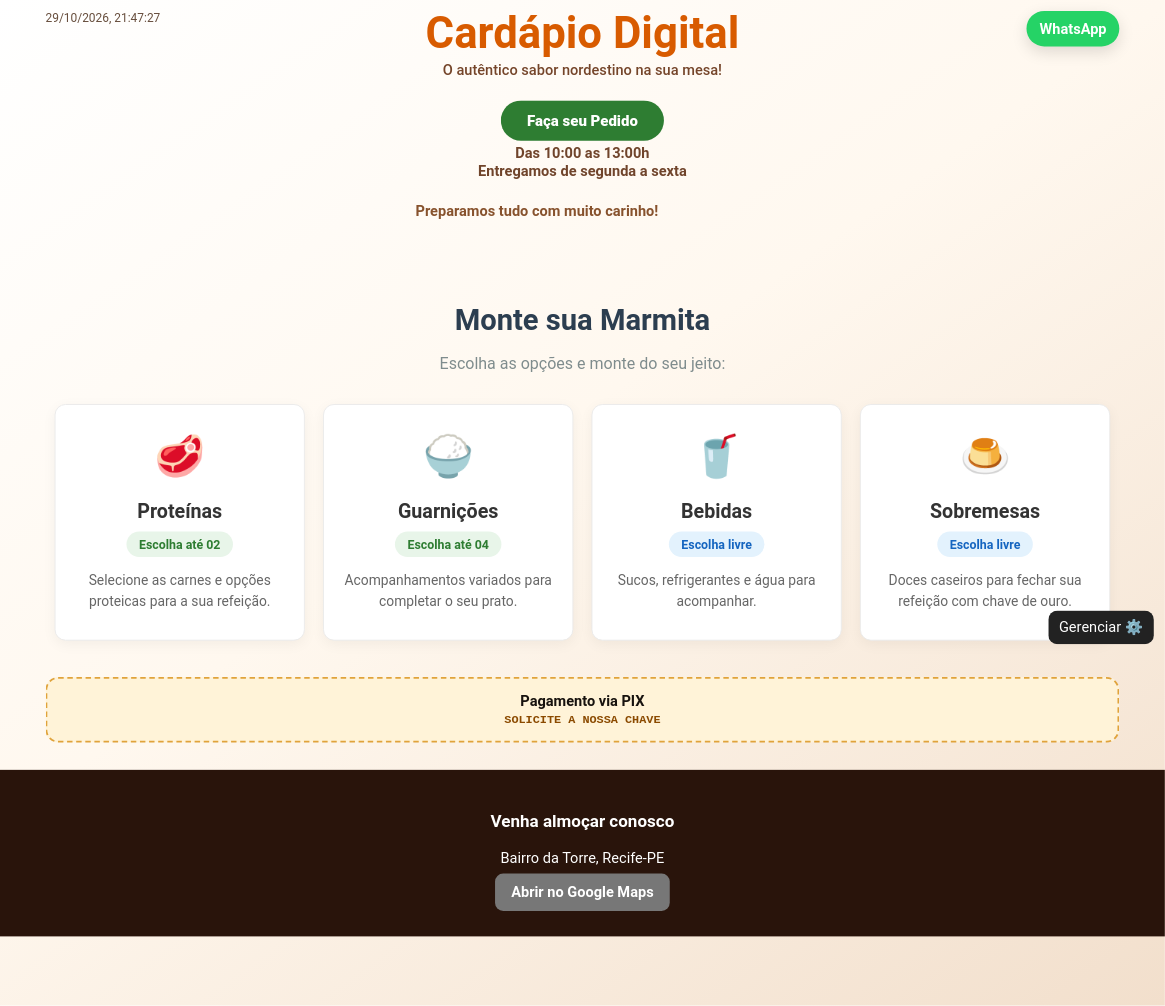
Repository: JeffRodFer/sd-copy-01-frontend
Page: index.html
The author's editor kept a copy of each file at every save. The page is drawn from the files as they stood at one save, then again after the next save.
The browser window is 1280 px wide. The pictures show the whole page, at 91% of full size.
The page's requests for data from a server got no answer.

Above is the page before, as saved 2026-10-30 11:20:59.

### index.html
<!DOCTYPE html>
<html lang="pt-BR">

<head>
  <meta charset="UTF-8">
  <meta name="viewport" content="width=device-width, initial-scale=1.0">
  <title>Cardápio Digital</title>
  <link rel="stylesheet" href="style.css">
</head>

<body>


  <header class="container">

    <div class="topbar">

      <div id="datetime" class="datetime"></div>


      <div class="brand">

        <h1>
          Cardápio Digital
        </h1>

        <p>
          O autêntico sabor nordestino na sua mesa!
        </p>

      </div>


      <a id="wa-float-link" class="wa-float" href="https://wa.me/5581920036280" target="_blank" rel="noopener">
        WhatsApp
      </a>

    </div>


    <button class="cta" id="openOrder">
      Faça seu Pedido
    </button>


    <div class="notice">
      Das 10:00 as 13:00h <br>
      Entregamos de segunda a sexta
    </div>

  </header>


  <main class="container" id="menu"></main>


  <div class="container note">
    Preparamos tudo com muito carinho!
  </div>

  <section class="menu-categories-section">
  <h2>Monte sua Marmita</h2>
  <p class="subtitle">Escolha as opções e monte do seu jeito:</p>

  <div class="categories-grid">
    <!-- Card Proteínas -->
    <div class="category-card">
      <div class="category-icon">🥩</div>
      <h3>Proteínas</h3>
      <span class="badge-limit">Escolha até 02</span>
      <p>Selecione as carnes e opções proteicas para a sua refeição.</p>
    </div>

    <!-- Card Guarnições -->
    <div class="category-card">
      <div class="category-icon">🍚</div>
      <h3>Guarnições</h3>
      <span class="badge-limit">Escolha até 04</span>
      <p>Acompanhamentos variados para completar o seu prato.</p>
    </div>

    <!-- Card Bebidas -->
    <div class="category-card">
      <div class="category-icon">🥤</div>
      <h3>Bebidas</h3>
      <span class="badge-limit livre">Escolha livre</span>
      <p>Sucos, refrigerantes e água para acompanhar.</p>
    </div>

    <!-- Card Sobremesas -->
    <div class="category-card">
      <div class="category-icon">🍮</div>
      <h3>Sobremesas</h3>
      <span class="badge-limit livre">Escolha livre</span>
      <p>Doces caseiros para fechar sua refeição com chave de ouro.</p>
    </div>
  </div>
</section>


  <div class="container pix">

    <strong>
      Pagamento via PIX
    </strong>

    <br>


    <code>
    SOLICITE A NOSSA CHAVE
  </code>

  </div>


  <footer class="footer">

    <div class="container">

      <h3>
        Venha almoçar conosco
      </h3>

      <div>
        Bairro da Torre, Recife-PE
      </div>


      <a class="maps" href="https://maps.google.com/?q=Rua+Vermelha+02+Torre" target="_blank" rel="noopener">
        Abrir no Google Maps
      </a>


    </div>

  </footer>


  <button class="manage" id="openAdmin">
    Gerenciar ⚙️
  </button>
  <br>
  <br>
  <br>
  <br>

  <!-- =====================================================
     MODAL DO PEDIDO
     ===================================================== -->

  <div class="overlay hidden" id="orderOverlay">

    <div class="modal">


      <!-- PASSO 1 -->

      <div id="orderStep1" class="step active">

        <h2>
          Faça seu Pedido
        </h2>


        <div id="orderError1" class="error hidden"></div>


        <div class="form-grid">


          <div class="field">

            <label>
              Nome Completo
            </label>

            <input id="customerName" autocomplete="name">

          </div>


          <div class="field">

            <label>
              Telefone
            </label>

            <input id="customerPhone" inputmode="tel" autocomplete="tel" maxlength="15" placeholder="(81) 99999-8888">

          </div>


          <div class="field full">

            <label>
              Endereço de Entrega
            </label>

            <input id="customerAddress" autocomplete="street-address">

          </div>


          <div class="field">

            <label>
              Quantidade de Marmitas
            </label>

            <input id="mealCount" type="number" min="1" max="20" value="1">

          </div>


        </div>


        <div class="delivery">

          <label>

            <input type="radio" name="delivery" value="true" checked>

            Entrega em casa - R$ 5,00

          </label>


          <label>

            <input type="radio" name="delivery" value="false">

            Retirar no Restaurante - R$ 0,00

          </label>

        </div>


        <div class="actions">

          <button class="btn gray" id="closeOrder1">
            Cancelar
          </button>


          <button class="btn green" id="toStep2">
            Continuar
          </button>

        </div>

      </div>


      <!-- PASSO 2 -->

      <div id="orderStep2" class="step">

        <h2>
          Monte suas Marmitas
        </h2>


        <div id="orderError2" class="error hidden"></div>


        <div id="marmitas"></div>


        <div class="actions">

          <button type="button" class="btn gray" id="backStep1">
            Voltar
          </button>


          <button type="button" class="btn green" id="toStep3" onclick="clicarEncerrarPedido(event)">
            Encerrar e seguir
          </button>

        </div>

      </div>


      <!-- PASSO 3 -->
      <div id="orderStep3" class="step">

        <h2>Resumo do Pedido</h2>

        <div id="orderSummary" class="order-text"></div>

        <div id="finalTotal" class="total"></div>

        <div class="actions">
          <button class="btn red" id="cancelFinal">
            Voltar
          </button>

          <button class="btn green" id="sendRestaurant">
            Enviar Pedido ao Restaurante
          </button>
        </div>

      </div>

    </div>

  </div>


  <!-- =====================================================
     MODAL ADMINISTRATIVO
     ===================================================== -->

  <div class="overlay hidden" id="adminOverlay">

    <div class="admin-modal">

      <h2>
        Gerenciar Cardápio
      </h2>


      <div id="adminError" class="error hidden"></div>


      <!-- LOGIN -->

      <div id="adminLogin">

        <div class="field">

          <label>
            Usuário
          </label>

          <input id="adminUser" autocomplete="username" value="admin">

        </div>


        <div class="field" style="margin-top:10px">

          <label>
            Senha
          </label>

          <input id="adminPassword" type="password" autocomplete="current-password">

        </div>


        <div class="actions">

          <button class="btn gray" id="closeAdminLogin">
            Fechar
          </button>


          <button class="btn green" id="adminLoginBtn">
            Entrar
          </button>

        </div>

      </div>


      <!-- PAINEL -->

      <div id="adminPanel" class="hidden">

        <div id="adminItems" class="admin-grid"></div>


        <div class="actions">

          <button class="btn gray" id="adminClose">
            Fechar
          </button>


          <button class="btn green" id="adminSave">
            Salvar alterações
          </button>

        </div>

      </div>

    </div>

  </div>


  <script src="script.js"></script>
</body>

</html>

### style.css
:root {
      --orange: #f57c00;
      --brown: #6d3414;
      --green: #2e7d32;
      --red: #d32f2f;
      --blue: #1976d2;
      --purple: #7b1fa2;
      --cream: #fffaf5;
      --line: #eadfd6;
      --muted: #666;
    }

    * {
      box-sizing: border-box;
    }

    html {
      scroll-behavior: smooth;
    }

    body {
      margin: 0;
      background:
        linear-gradient(145deg,
          #fff 0%,
          #fff8ef 45%,
          #f2dfcc 100%);
      color: #17120e;
      font-family: Roboto, Arial, sans-serif;
      min-height: 100vh;
    }

    button,
    input,
    textarea {
      font: inherit;
    }

    button {
      cursor: pointer;
      border: 0;
    }

    .container {
      width: min(1180px, 94%);
      margin: auto;
    }


    /* HEADER */

    .topbar {
      display: grid;
      grid-template-columns: 1fr auto 1fr;
      align-items: start;
      padding: 12px 0;
      gap: 10px;
    }

    .datetime {
      font-size: .82rem;
      color: #674e3d;
    }

    .brand {
      text-align: center;
    }

    .brand h1 {
      margin: 0;
      color: #d85b00;
      font-size: clamp(1.8rem, 5vw, 3rem);
      line-height: 1.05;
    }

    .brand p {
      margin: 5px 0;
      color: #75452a;
      font-weight: 500;
    }

    .wa-float {
      justify-self: end;
      background: #25d366;
      color: #fff;
      padding: 10px 14px;
      border-radius: 999px;
      text-decoration: none;
      font-weight: 700;
      box-shadow: 0 6px 18px #0002;
    }

    .cta {
      display: block;
      margin: 8px auto 5px;
      background: var(--green);
      color: #fff;
      border-radius: 999px;
      padding: 12px 28px;
      font-weight: 800;
      font-size: 1rem;
      animation: pulse 2s infinite;
    }

    .notice {
      text-align: center;
      color: #70442b;
      font-weight: 700;
      margin-bottom: 18px;
    }

    @keyframes pulse {

      0%,
      100% {
        transform: scale(1);
      }

      50% {
        transform: scale(1.03);
      }
    }


    /* CARDÁPIO */

    .section {
      margin: 20px 0;
    }

    .section h2 {
      margin: 0 0 12px;
      color: var(--brown);
    }

    .grid {
      display: grid;
      grid-template-columns:
        repeat(auto-fit,
          minmax(180px, 1fr));
      gap: 10px;
    }

    .card {
      background: #fff;
      border: 1px solid var(--line);
      border-radius: 14px;
      padding: 14px;
      box-shadow:
        0 3px 12px #5a2a0d12;
    }

    .card strong {
      display: block;
    }

    .unavailable {
      opacity: .52;
    }

    .badge {
      display: inline-block;
      margin-top: 7px;
      font-size: .78rem;
      background: #eee;
      padding: 4px 8px;
      border-radius: 999px;
    }

    .accent-guarnicoes {
      border-top: 5px solid #8b5a2b;
    }

    .accent-proteinas {
      border-top: 5px solid #d32f2f;
    }

    .accent-bebidas {
      border-top: 5px solid #1976d2;
    }

    .accent-sobremesas {
      border-top: 5px solid #7b1fa2;
    }

    .note {
      text-align: center;
      font-weight: 700;
      color: #87522d;
      margin: 25px 0;
    }

    .pix {
      background: #fff3d8;
      border: 2px dashed #e0a33b;
      border-radius: 14px;
      padding: 15px;
      text-align: center;
    }

    .pix code {
      font-weight: 800;
      color: #8b4a00;
      word-break: break-all;
    }


    /* FOOTER */

    .footer {
      margin-top: 30px;
      background: #29140b;
      color: #fff;
      padding: 28px 0;
      text-align: center;
    }

    .maps {
      display: inline-block;
      background: #777;
      color: #fff;
      padding: 11px 18px;
      border-radius: 9px;
      text-decoration: none;
      font-weight: 700;
      margin-top: 8px;
    }

    .manage {
      position: fixed;
      right: 12px;
      bottom: 12px;
      background: #222;
      color: #fff;
      padding: 9px 12px;
      border-radius: 10px;
      z-index: 20;
    }


    /* MODAIS */

    .overlay {
      position: fixed;
      inset: 0;
      background: #0009;
      display: flex;
      align-items: center;
      justify-content: center;
      padding: 12px;
      z-index: 100;
    }

    .hidden {
      display: none !important;
    }

    .modal {
      background: #fff;
      width: min(1050px, 100%);
      max-height: 94vh;
      overflow: auto;
      border-radius: 18px;
      box-shadow: 0 20px 70px #0007;
      padding: 22px;
    }

    .modal h2 {
      color: var(--brown);
      margin: 0 0 18px;
    }

    .step {
      display: none;
    }

    /* =====================================================
ESTILOS DA SEÇÃO DE CATEGORIAS (PÁGINA PRINCIPAL)
===================================================== */
.menu-categories-section {
  padding: 40px 20px;
  text-align: center;
  max-width: 1200px;
  margin: 0 auto;
}

.menu-categories-section h2 {
  font-size: 2rem;
  color: #2c3e50;
  margin-bottom: 8px;
  font-weight: 700;
}

.menu-categories-section .subtitle {
  color: #7f8c8d;
  margin-bottom: 35px;
  font-size: 1.1rem;
}

.categories-grid {
  display: grid;
  grid-template-columns: repeat(auto-fit, minmax(250px, 1fr));
  gap: 20px;
  justify-content: center;
}

.category-card {
  background: #ffffff;
  border-radius: 12px;
  padding: 30px 20px;
  box-shadow: 0 4px 15px rgba(0, 0, 0, 0.05);
  transition: transform 0.3s ease, box-shadow 0.3s ease;
  border: 1px solid #eaeaea;
  text-align: center;
}

.category-card:hover {
  transform: translateY(-5px);
  box-shadow: 0 8px 25px rgba(233, 83, 46, 0.1);
  border-color: 2px #d85b00;
}

.category-icon {
  font-size: 2.8rem;
  margin-bottom: 15px;
}

.category-card h3 {
  font-size: 1.35rem;
  color: #333333;
  margin-bottom: 10px;
}

.badge-limit {
  display: inline-block;
  background-color: #e8f5e9;
  color: #2e7d32;
  font-weight: 600;
  font-size: 0.85rem;
  padding: 6px 14px;
  border-radius: 20px;
  margin-bottom: 15px;
}

.badge-limit.livre {
  background-color: #e3f2fd;
  color: #1565c0;
}

.category-card p {
  color: #666666;
  font-size: 0.95rem;
  line-height: 1.5;
  margin: 0;
  border-radius: 2px #8b4a00;
}

    .step.active {
      display: block;
    }


    /* FORMULÁRIO */

    .form-grid {
      display: grid;
      grid-template-columns: 1fr;
      gap: 12px;
    }

    .field label {
      display: block;
      font-weight: 700;
      margin-bottom: 5px;
    }

    .field input,
    .field textarea,
    .field select {
      width: 100%;
      padding: 11px;
      border: 1px solid #cfcfcf;
      border-radius: 10px;
      background: #fff;
    }

    .field textarea {
      min-height: 75px;
      resize: vertical;
    }

    .delivery {
      display: grid;
      gap: 9px;
      margin: 12px 0;
    }

    .delivery label {
      border: 1px solid #ddd;
      border-radius: 10px;
      padding: 12px;
    }


    /* MARMITAS */

    .marmita {
      border: 1px solid #ddd;
      border-radius: 15px;
      padding: 14px;
      margin: 14px 0;
      background: #fff;
    }

    .marmita h3 {
      margin: 0 0 12px;
      color: #7b401f;
    }

    .choice-group {
      margin: 13px 0;
    }

    .choice-group h4 {
      margin: 0 0 8px;
    }

    .choices {
      display: grid;
      grid-template-columns:
        repeat(auto-fit,
          minmax(190px, 1fr));
      gap: 8px;
    }

    .check {
      border: 1px solid #ddd;
      border-radius: 10px;
      padding: 9px;
      background: #fafafa;
    }

    .check input {
      margin-right: 6px;
    }

    .limit {
      font-size: .8rem;
      color: var(--muted);
      margin: 5px 0;
    }


    /*
  IMPORTANTE:
  A linha de quantidade agora é uma GRID
  com nome + preço + menos + quantidade + mais.
  Assim o + nunca cai para a linha de baixo.
*/

    .qty-list {
      display: grid;
      gap: 7px;
    }

    .qty-row {
      display: grid;

      grid-template-columns:
        minmax(0, 1fr) auto auto auto auto;

      align-items: center;

      gap: 8px;

      border: 1px solid #eee;
      border-radius: 11px;
      padding: 8px;

      background: #faf8f6;
    }

    .qty-name {
      min-width: 0;
      font-weight: 700;
      overflow-wrap: anywhere;
    }

    .qty-price {
      font-size: .9rem;
      color: #555;
      white-space: nowrap;
    }

    .qty-btn {
      width: 36px;
      height: 36px;
      border-radius: 9px;
      background: #eee;
      font-weight: 900;
      font-size: 1.1rem;
    }

    .qty-value {
      min-width: 22px;
      text-align: center;
      font-weight: 800;
    }


    /* BOTÕES */

    .actions {
      display: flex;
      gap: 10px;
      justify-content: flex-end;
      flex-wrap: wrap;
      margin-top: 18px;
    }

    .btn {
      padding: 12px 18px;
      border-radius: 10px;
      font-weight: 800;
    }

    .btn.green {
      background: #2e7d32;
      color: #fff;
    }

    .btn.red {
      background: #e57373;
      color: #fff;
    }

    .btn.gray {
      background: #eee;
    }

    .total {
      font-size: 1.2rem;
      text-align: right;
      color: #18752b;
      font-weight: 900;
      margin-top: 14px;
    }

    .error {
      background: #ffe5e5;
      color: #9b1c1c;
      padding: 10px;
      border-radius: 9px;
      margin: 10px 0;
    }

    .order-text {
      background: #f5f5f5;
      padding: 14px;
      border-radius: 12px;
      white-space: pre-wrap;
      font-family: monospace;
      line-height: 1.45;
    }


    /* ADMIN */

    .admin-modal {
      background: #f5f5f5;
      width: min(1100px, 100%);
      max-height: 92vh;
      overflow: auto;
      border-radius: 18px;
      padding: 20px;
    }

    .admin-grid {
      display: grid;
      grid-template-columns: 1fr;
      gap: 16px;
    }

    .admin-section {
      background: #fff;
      padding: 14px;
      border-radius: 14px;
    }

    .admin-item {
      display: flex;
      align-items: center;
      justify-content: space-between;
      gap: 10px;
      padding: 9px 0;
      border-bottom: 1px solid #eee;
    }

    .admin-item:last-child {
      border-bottom: 0;
    }

    .switch {
      position: relative;
      width: 50px;
      height: 28px;
      flex: 0 0 auto;
    }

    .switch input {
      display: none;
    }

    .slider {
      position: absolute;
      inset: 0;
      background: #bbb;
      border-radius: 30px;
    }

    .slider:before {
      content: "";
      position: absolute;
      width: 22px;
      height: 22px;
      left: 3px;
      top: 3px;
      background: #fff;
      border-radius: 50%;
      transition: .2s;
    }

    .switch input:checked+.slider {
      background: #2e7d32;
    }

    .switch input:checked+.slider:before {
      transform: translateX(22px);
    }


    /* RESPONSIVO */

    @media(min-width:700px) {

      .form-grid {
        grid-template-columns:
          1fr 1fr;
      }

      .form-grid .full {
        grid-column: 1/-1;
      }

      .admin-grid {
        grid-template-columns:
          1fr 1fr;
      }

    }


    @media(max-width:600px) {

      .topbar {
        grid-template-columns:
          1fr auto;
      }

      .brand {
        grid-column: 1/-1;
        grid-row: 1;
      }

      .datetime {
        grid-column: 1;
      }

      .wa-float {
        grid-column: 2;
      }

      /*
    Mantém TODOS os controles da bebida
    na mesma linha.
  */

      .qty-row {
        grid-template-columns:
          minmax(0, 1fr) auto auto auto auto;
      }

      .qty-price {
        font-size: .8rem;
      }

      .modal {
        padding: 15px;
      }

      .actions .btn {
        flex: 1 1 100%;
      }

    }

Loaded but not shown: script.js (1589 lines, source omitted)

After the next save:
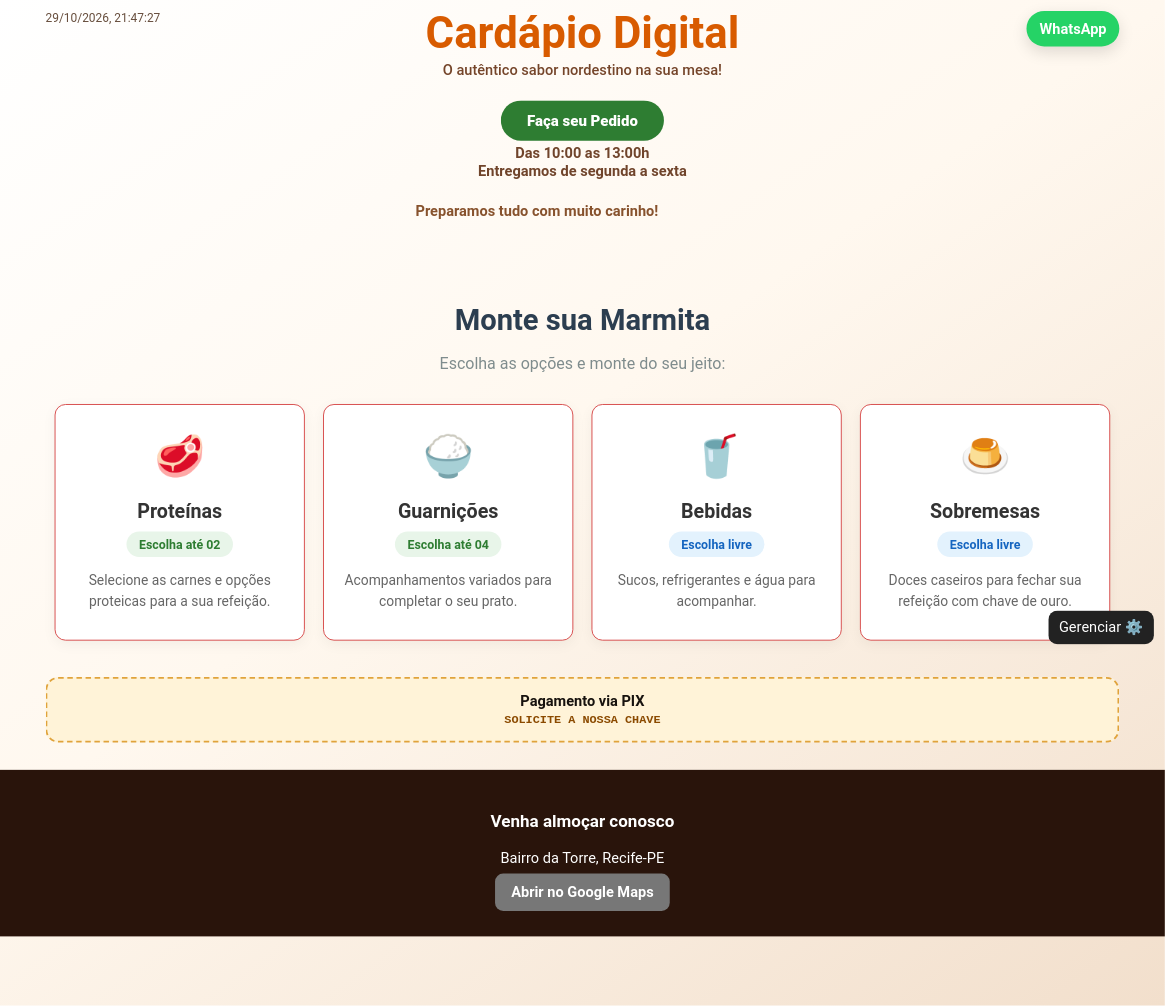
Saved 111 s later.
--- a/style.css
+++ b/style.css
@@ -310,7 +310,7 @@ ESTILOS DA SEÇÃO DE CATEGORIAS (PÁGINA PRINCIPAL)
   padding: 30px 20px;
   box-shadow: 0 4px 15px rgba(0, 0, 0, 0.05);
   transition: transform 0.3s ease, box-shadow 0.3s ease;
-  border: 1px solid #eaeaea;
+  border: 1px solid #d64343;
   text-align: center;
 }
 
